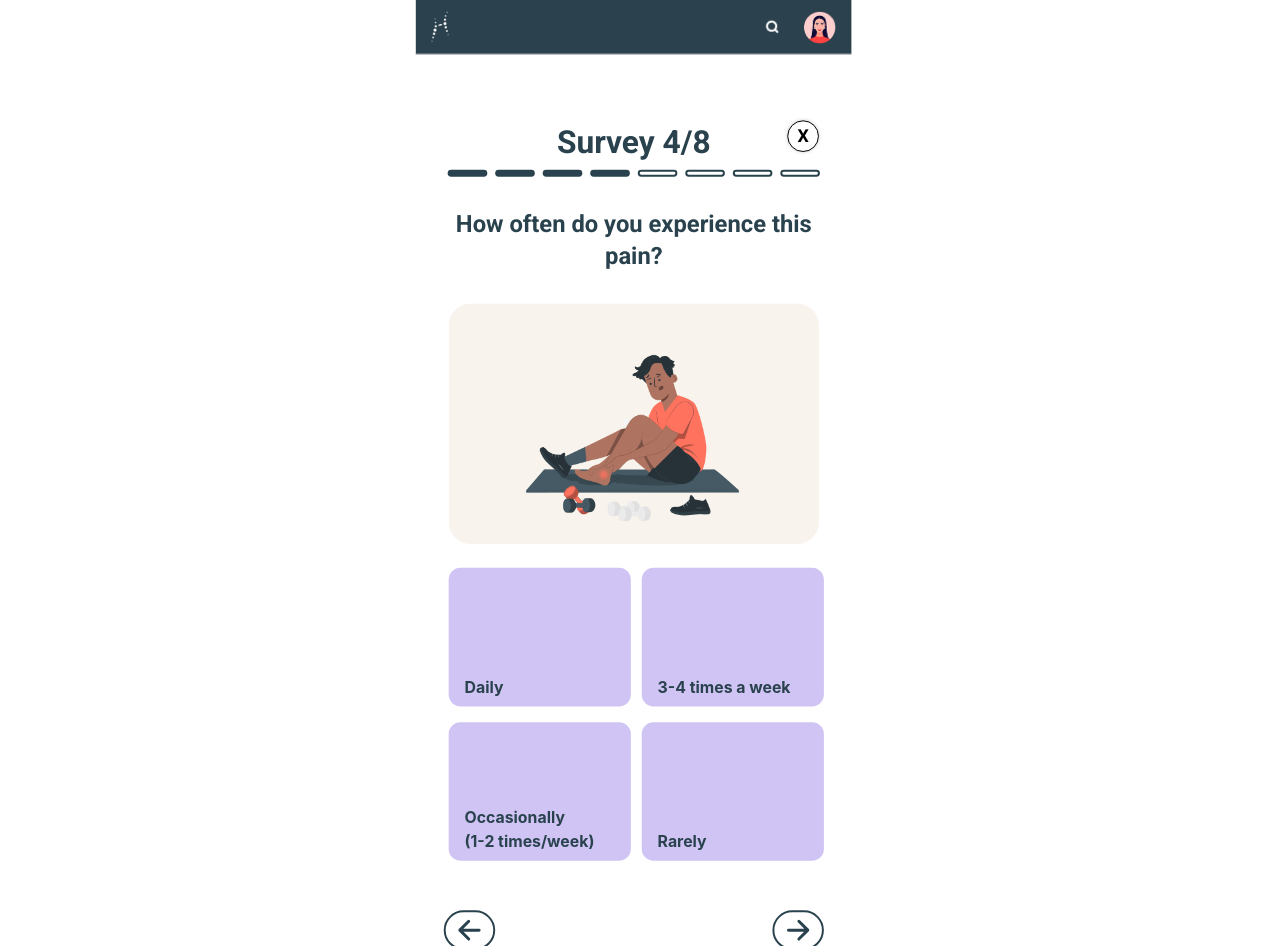
Repository: patcha-d3/heal_u
Page: /onboarding/step-two
These files come from the project's save history. The page is drawn as it stood at one moment and after the next save; the edit follows.
The browser window is 1280 px wide. The pictures show the whole page, at 99% of full size.
The project was rebuilt for these pictures with package versions that can differ from the ones it lists, and the page was loaded fresh each time. The framework's server and built-in components were replaced by stand-ins that run in the browser. Also part of the build but not shown: next.config.js, next.config.mjs, ui/Bottomnav/Bottomnav.module.css, ui/Bottomnav/Bottomnav.js, ui/SurveyProgress/Surveyprogress.css.

Above is the page before, as saved 2025-05-16 21:13:51.

After the next save:
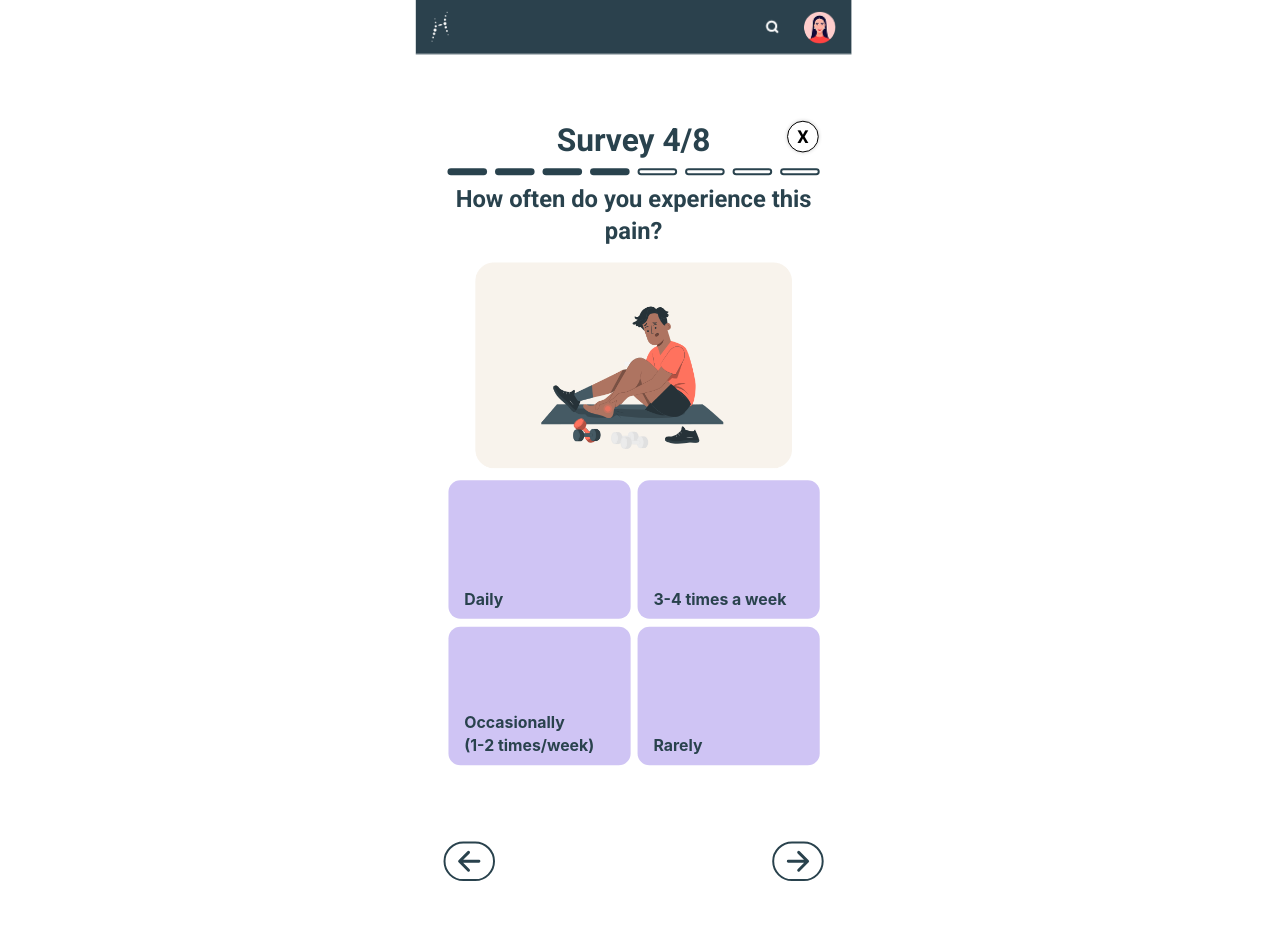
Saved 2 min 14 s later.
--- a/app/onboarding/step-two/page.js
+++ b/app/onboarding/step-two/page.js
@@ -18,26 +18,26 @@ export default function RootPage() {
 	return (
 		<div className='w-[406px] h-[800px] flex flex-col relative'>
 			<ExitChip className='absolute top-[16px] right-[16px]' />
-			<main className='flex-1 flex flex-col px-4 py-[18px]'>
+			<main className='flex-1 flex flex-col px-4 pt-4 pb-2'>
 				<SurveyProgress
 					currentStep={currentStep}
 					totalSteps={totalSteps}
 				/>
-				<h2 className='text-2xl font-semibold text-[#29424D] text-center gap-6 mt-8'>
+				<h2 className='text-2xl font-semibold text-[#29424D] text-center mt-2 mb-2'>
 					How often do you experience this pain?
 				</h2>
 
 				{/* Image and Button Wrapper */}
-				<div className='flex flex-col items-center gap-6 mt-8'>
+				<div className='flex flex-col items-center gap-3 mt-2'>
 					<Image
 						src='/assets/survey-img.png'
 						alt='Survey'
-						width={400}
-						height={260}
+						width={320}
+						height={180}
 						className='rounded-lg'
 					/>
 
-					<div className='grid grid-cols-2 gap-4'>
+					<div className='grid grid-cols-2 gap-2'>
 						<ButtonSurvey
 							label='Daily'
 							active={
